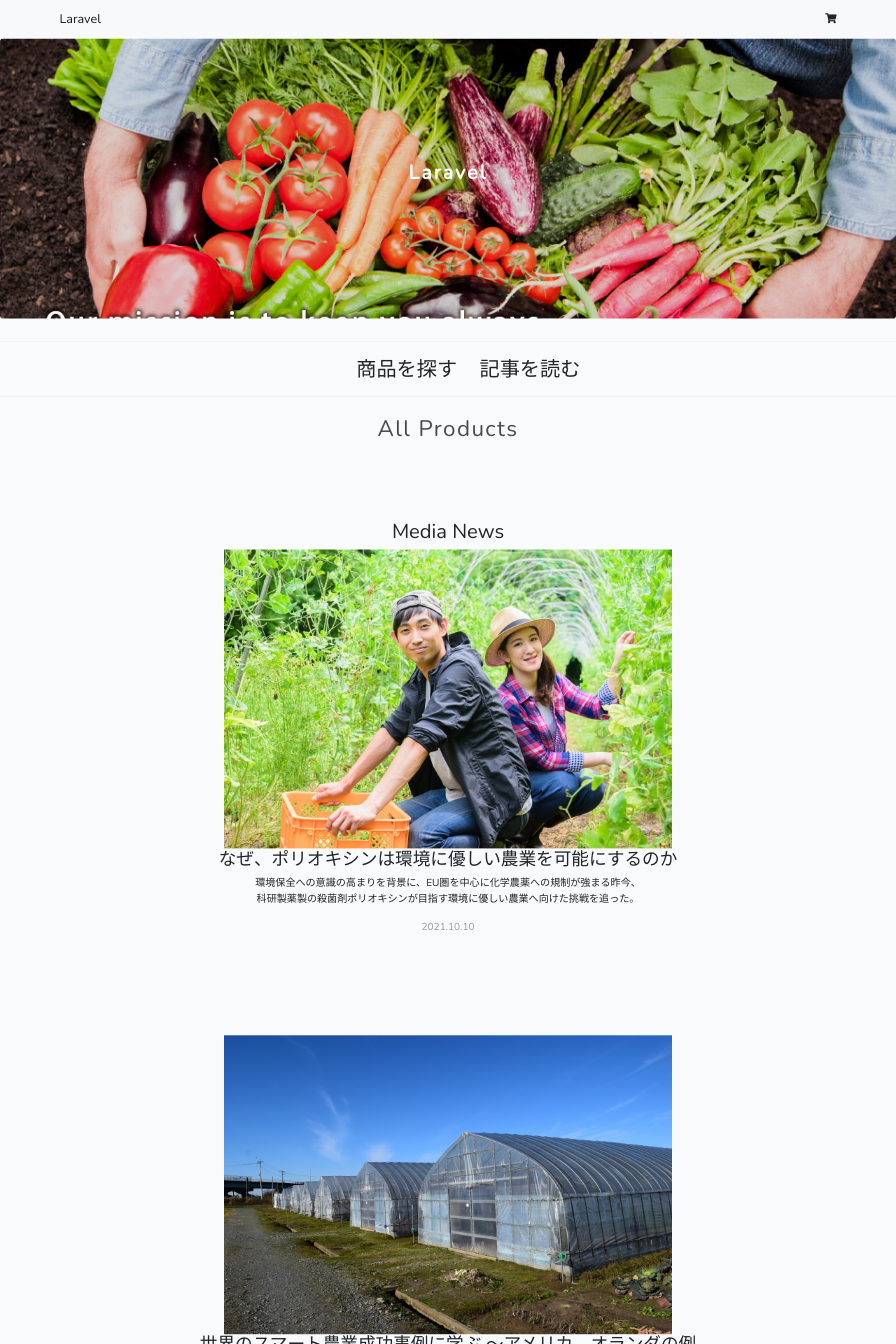
Repository: owen0618/SukuSuku
Page: http://localhost/
The author's editor kept a record of every edit. The page is drawn from the files as they stood at one moment, then again after the next edit.
The browser window is 1280 px wide. The pictures show the part of the page from y = 0 to 1920 px (the page is 2841 px tall), at 70% of full size.
The page is served by the project's Laravel application, run on PHP 8.4 with Laravel 8. Queries for data that is not in the repository find no rows.

Above is the page before.

After the next edit:
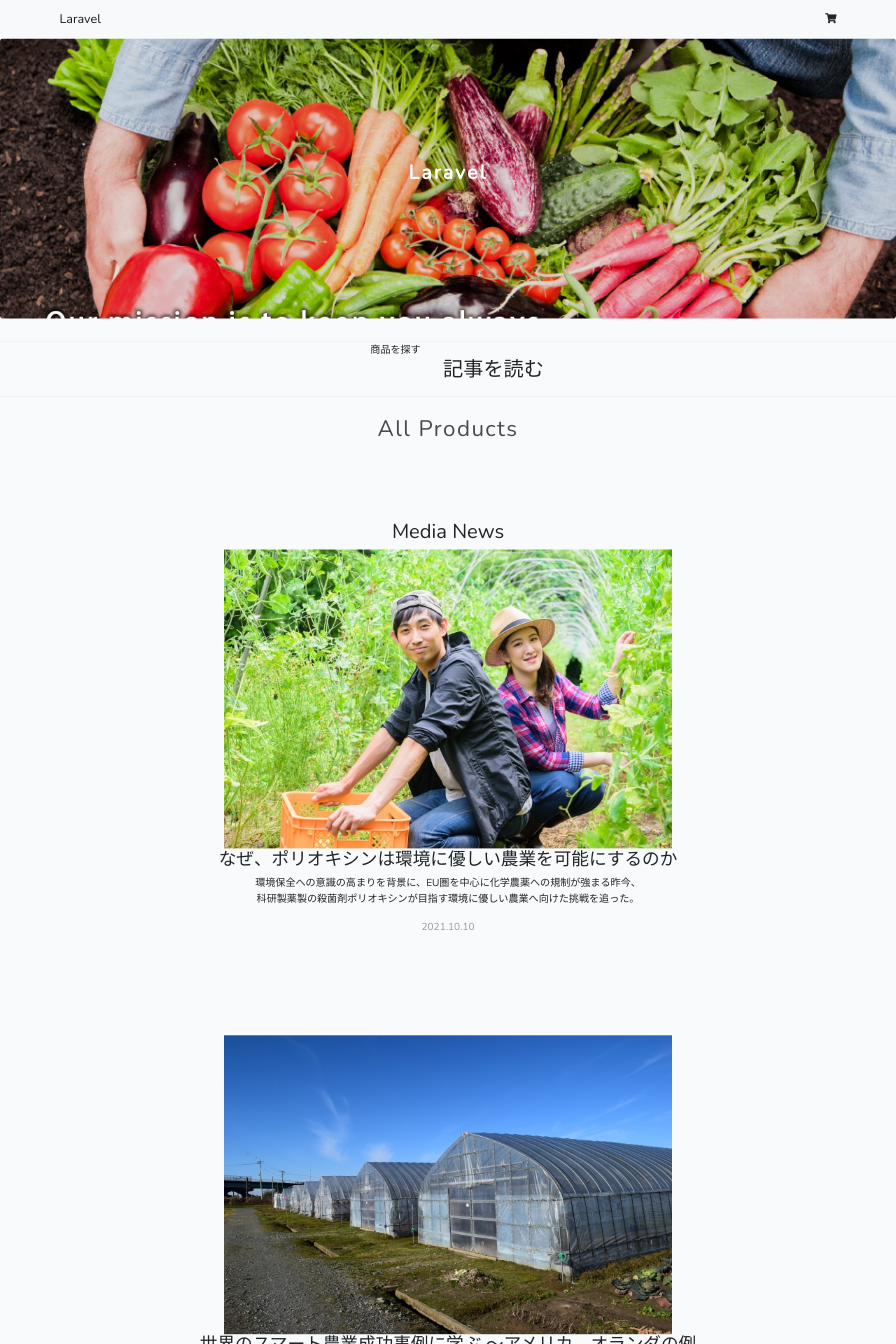
The edit:
--- a/cms/resources/views/product/index.blade.php
+++ b/cms/resources/views/product/index.blade.php
@@ -20,7 +20,7 @@
 			<button class="btn btn-mobileMenu"></button>
 			<nav class="nav-outer">
 				<ul class="nav clearfix">
-					<li class="nav-item"><a href="#container">商品を探す</a></li>
+					<li class="nav-itemA"><a href="#container">商品を探す</a></li>
 
 					<li class="nav-item"><a href="#course">記事を読む</a></li>
 

After the edit that followed:
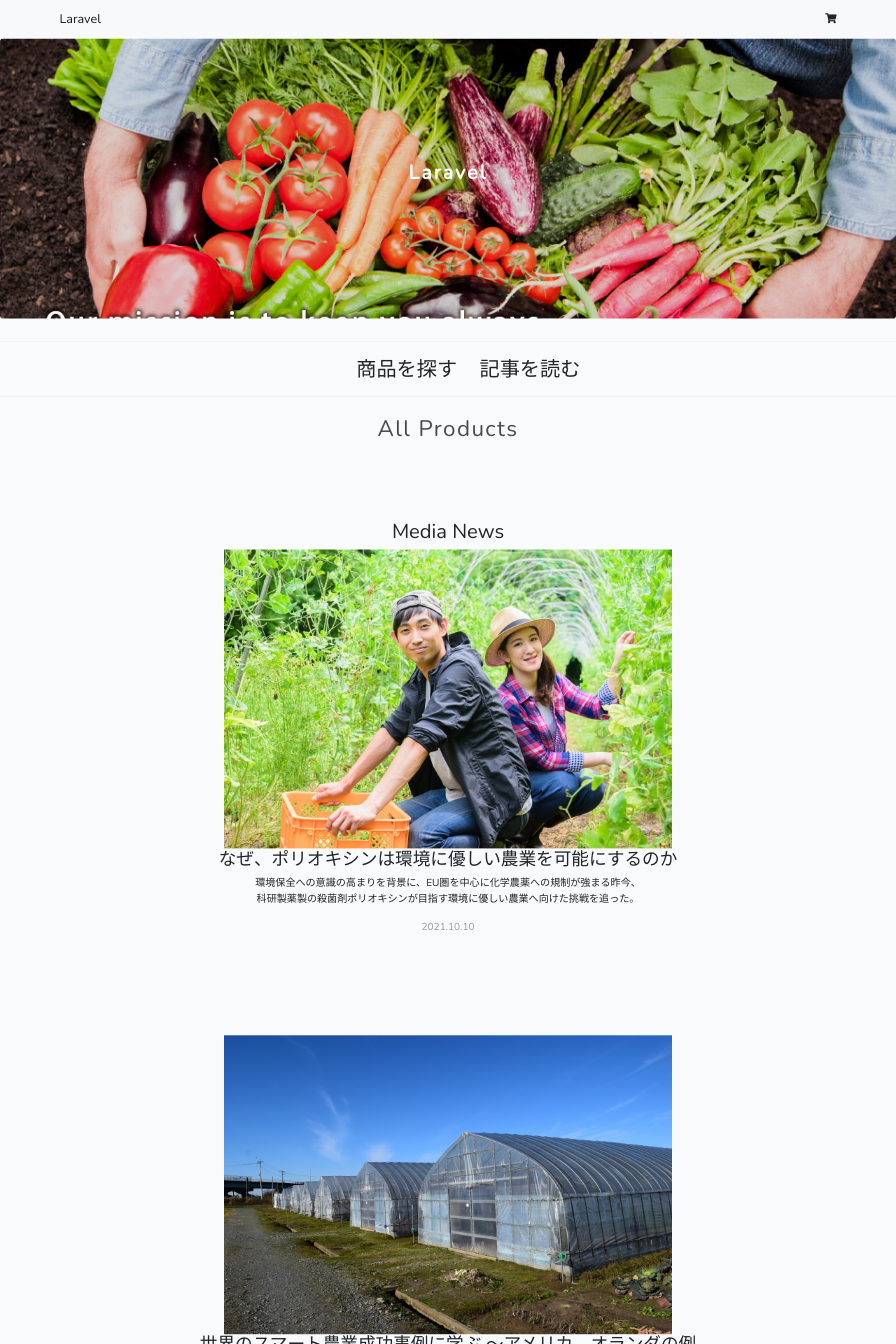
The edit:
--- a/cms/resources/views/product/index.blade.php
+++ b/cms/resources/views/product/index.blade.php
@@ -20,7 +20,7 @@
 			<button class="btn btn-mobileMenu"></button>
 			<nav class="nav-outer">
 				<ul class="nav clearfix">
-					<li class="nav-itemA"><a href="#container">商品を探す</a></li>
+					<li class="nav-item"><a href="#container">商品を探す</a></li>
 
 					<li class="nav-item"><a href="#course">記事を読む</a></li>
 
